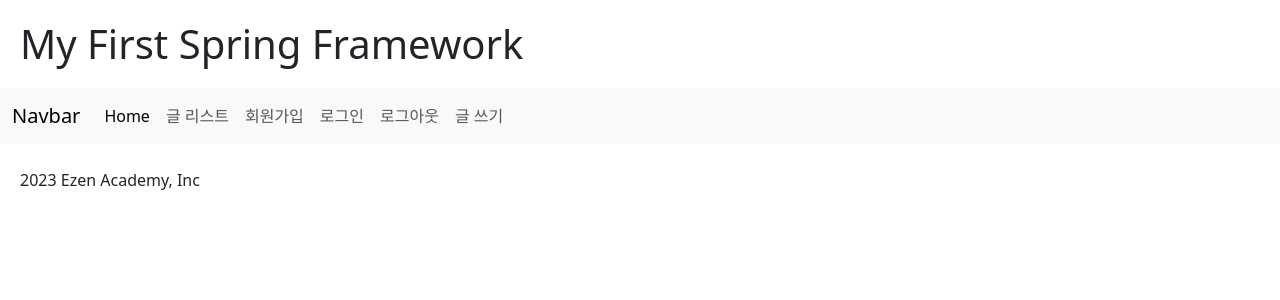
Repository: jinho0717/spring
Page: http://localhost/springProject/WEB-INF/views/member/list.jsp
These files come from the project's save history. The page is drawn as it stood at one moment and after the next save; the edit follows.
The browser window is 1280 px wide. The pictures show the whole page.
The page is served by Tomcat 9. Nobody is signed in. The template is opened directly, without the code that normally fills it, so the values that code supplies are empty.

Above is the page before, as saved 2023-10-30 12:49:30.

After the next save:
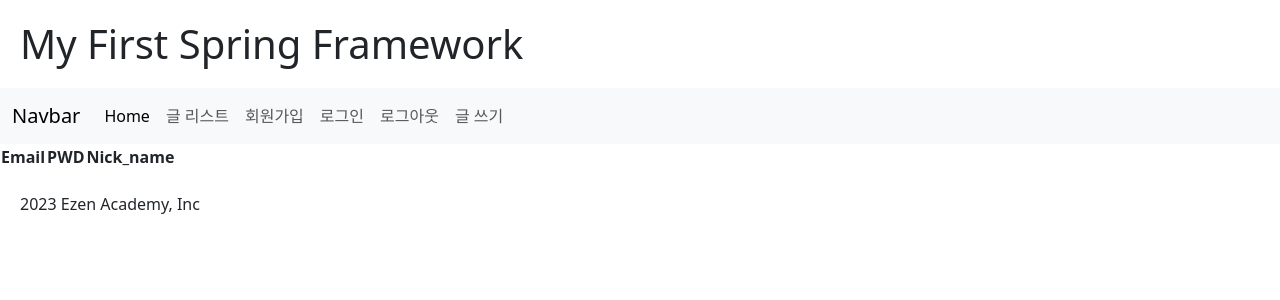
Saved 17 h 46 min later.
--- a/springProject/src/main/webapp/WEB-INF/views/member/list.jsp
+++ b/springProject/src/main/webapp/WEB-INF/views/member/list.jsp
@@ -12,9 +12,9 @@
 <jsp:include page="../common/nav.jsp"></jsp:include>
 <table>
 	<tr>
-		<th></th>
-		<th></th>
-		<th></th>
+		<th>Email</th>
+		<th>PWD</th>
+		<th>Nick_name</th>
 		<th></th>
 	</tr>
 
